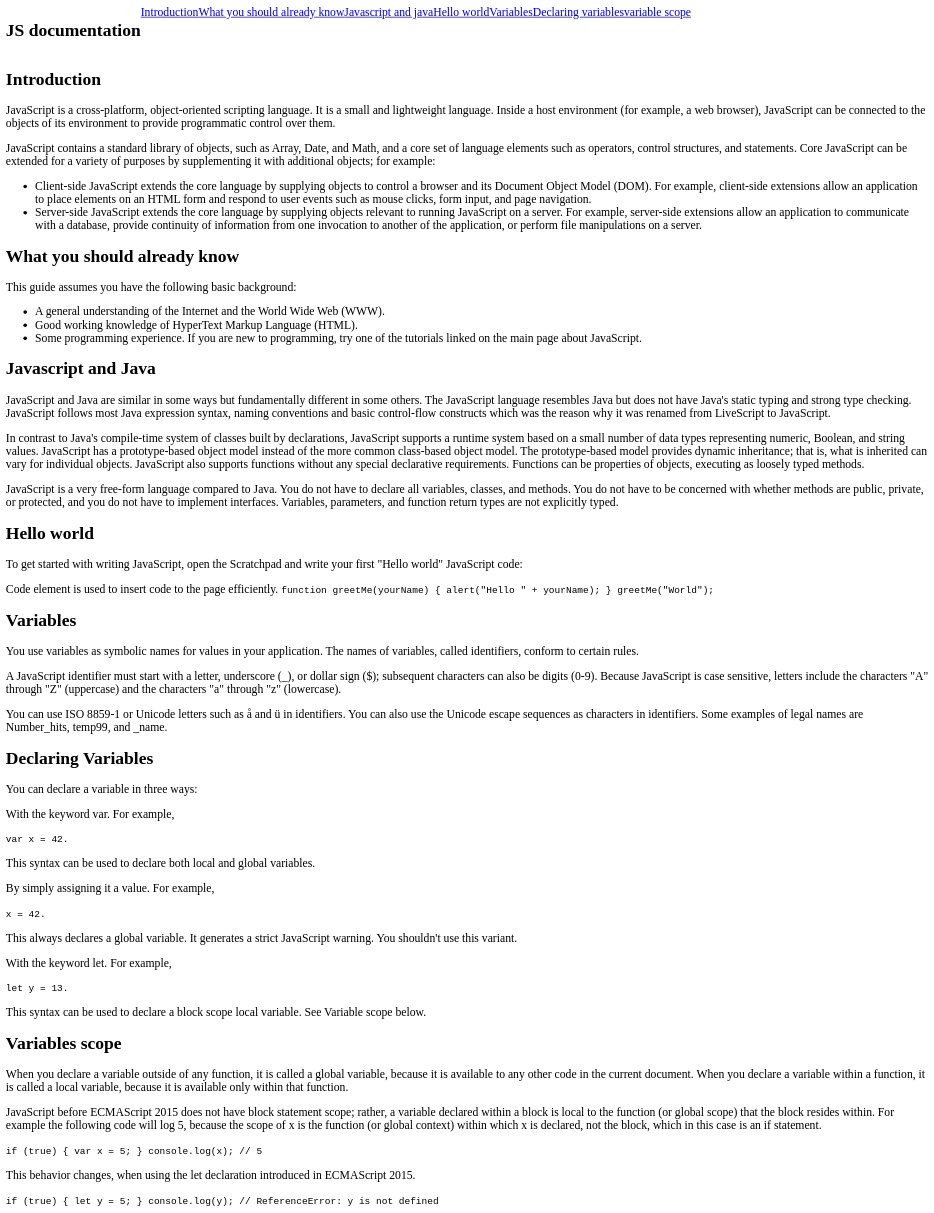
Repository: Pafestivo/Technical-documentation
Page: index.html
An editor plug-in stored every save of this project. The page is shown before and after the next save, followed by the edit.
The browser window is 1280 px wide. The pictures show the whole page, at 73% of full size.

Above is the page before, as saved 2022-09-07 12:54:50.

### index.html
<!DOCTYPE html>
<html lang="en">
<head>
    <meta charset="UTF-8">
    <meta name="viewport" content="width=device-width, initial-scale=1.0">
    <link rel="stylesheet" href="styles.css">
    <title>Technical Documentation Page</title>
</head>
<body>
  <nav id="navbar">
    <header>
      <h1>JS documentation</h1>
    </header>
      <a id="nav-link" href="#introduction">Introduction</a>
      <a id="nav-link" href="#what_you_should_already_know">What you should already know</a>
      <a id="nav-link" href="#javascript_and_Java">Javascript and java</a>
      <a id="nav-link" href="#hello_world">Hello world</a>
      <a id="nav-link" href="#variables">Variables</a>
      <a id="nav-link" href="#declaring_variables">Declaring variables</a>
      <a id="nav-link" href="#variable_scope">variable scope</a>
  </nav>
  <main id="main-doc">
    <section id="introduction" class="main-section">
      <h1>Introduction</h1>

      <p>JavaScript is a cross-platform, object-oriented scripting language. It is a small and lightweight language. Inside a host environment (for example, a web browser), JavaScript can be connected to the objects of its environment to provide programmatic control over them.</p>

      <p>JavaScript contains a standard library of objects, such as Array, Date, and Math, and a core set of language elements such as operators, control structures, and statements. Core JavaScript can be extended for a variety of purposes by supplementing it with additional objects; for example:</p>

      <ul>
        <li>Client-side JavaScript extends the core language by supplying objects to control a browser and its Document Object Model (DOM). For example, client-side extensions allow an application to place elements on an HTML form and respond to user events such as mouse clicks, form input, and page navigation.</li>
        <li>Server-side JavaScript extends the core language by supplying objects relevant to running JavaScript on a server. For example, server-side extensions allow an application to communicate with a database, provide continuity of information from one invocation to another of the application, or perform file manipulations on a server.</li>
      </ul>
    </section>

    <section id="what_you_should_already_know" class="main-section">
        <h1>What you should already know</h1>

        <p>This guide assumes you have the following basic background:</p>

        <ul>
          <li>A general understanding of the Internet and the World Wide Web (WWW).</li>
          <li>Good working knowledge of HyperText Markup Language (HTML).</li>
          <li>Some programming experience. If you are new to programming, try one of the tutorials linked on the main page about JavaScript.</li>
        </ul>
      </section>

      <section id="javascript_and_Java" class="main-section">
        <h1>Javascript and Java</h1>

        <p>JavaScript and Java are similar in some ways but fundamentally different in some others. The JavaScript language resembles Java but does not have Java's static typing and strong type checking. JavaScript follows most Java expression syntax, naming conventions and basic control-flow constructs which was the reason why it was renamed from LiveScript to JavaScript.</p>

        <p>In contrast to Java's compile-time system of classes built by declarations, JavaScript supports a runtime system based on a small number of data types representing numeric, Boolean, and string values. JavaScript has a prototype-based object model instead of the more common class-based object model. The prototype-based model provides dynamic inheritance; that is, what is inherited can vary for individual objects. JavaScript also supports functions without any special declarative requirements. Functions can be properties of objects, executing as loosely typed methods.</p>

        <p>JavaScript is a very free-form language compared to Java. You do not have to declare all variables, classes, and methods. You do not have to be concerned with whether methods are public, private, or protected, and you do not have to implement interfaces. Variables, parameters, and function return types are not explicitly typed.</p>
      </section>

      <section id="hello_world" class="main-section">
        <h1>Hello world</h1>
        <p>To get started with writing JavaScript, open the Scratchpad and write your first "Hello world" JavaScript code:</p>

        Code element is used to insert code to the page efficiently.
        <code>
            function greetMe(yourName) { alert("Hello " + yourName); }
            greetMe("World");
        </code>
      </section>

      <section id="variables" class="main-section">
        <h1>Variables</h1>

        <p>You use variables as symbolic names for values in your application. The names of variables, called identifiers, conform to certain rules.</p>

        <p>A JavaScript identifier must start with a letter, underscore (_), or dollar sign ($); subsequent characters can also be digits (0-9). Because JavaScript is case sensitive, letters include the characters "A" through "Z" (uppercase) and the characters "a" through "z" (lowercase).</p>

        <p>You can use ISO 8859-1 or Unicode letters such as å and ü in identifiers. You can also use the Unicode escape sequences as characters in identifiers. Some examples of legal names are Number_hits, temp99, and _name.</p>
      </section>

      <section id="declaring_variables" class="main-section">
        <h1>Declaring Variables</h1>

        <p>You can declare a variable in three ways:</p>

        <p>With the keyword var. For example,</p>
        <code>
            var x = 42.
        </code>

        <p>This syntax can be used to declare both local and global variables.</p>

        <p>By simply assigning it a value. For example,</p>
        <code>
            x = 42.
        </code>

        <p>This always declares a global variable. It generates a strict JavaScript warning. You shouldn't use this variant.</p>

        <p>With the keyword let. For example,</p>
        <code>
            let y = 13.
        </code>

        <p>This syntax can be used to declare a block scope local variable. See Variable scope below.</p>
      </section>

      <section id="variable_scope" class="main-section">
        <h1>Variables scope</h1>

        <p>When you declare a variable outside of any function, it is called a global variable, because it is available to any other code in the current document. When you declare a variable within a function, it is called a local variable, because it is available only within that function.</p>

        <p>JavaScript before ECMAScript 2015 does not have block statement scope; rather, a variable declared within a block is local to the function (or global scope) that the block resides within. For example the following code will log 5, because the scope of x is the function (or global context) within which x is declared, not the block, which in this case is an if statement.</p>
        <code>
            if (true) { var x = 5; } console.log(x); // 5
        </code>

        <p>This behavior changes, when using the let declaration introduced in ECMAScript 2015.</p>
        <code>
            if (true) { let y = 5; } console.log(y); // ReferenceError: y is
not defined
        </code>
  </main>

</body>
</html>

### styles.css
html {
  box-sizing: border-box;
  scroll-behavior: smooth;
}

/* Navigation bar  */
#navbar {
  display: flex;
}
/* Navigation bar end  */

After the next save:
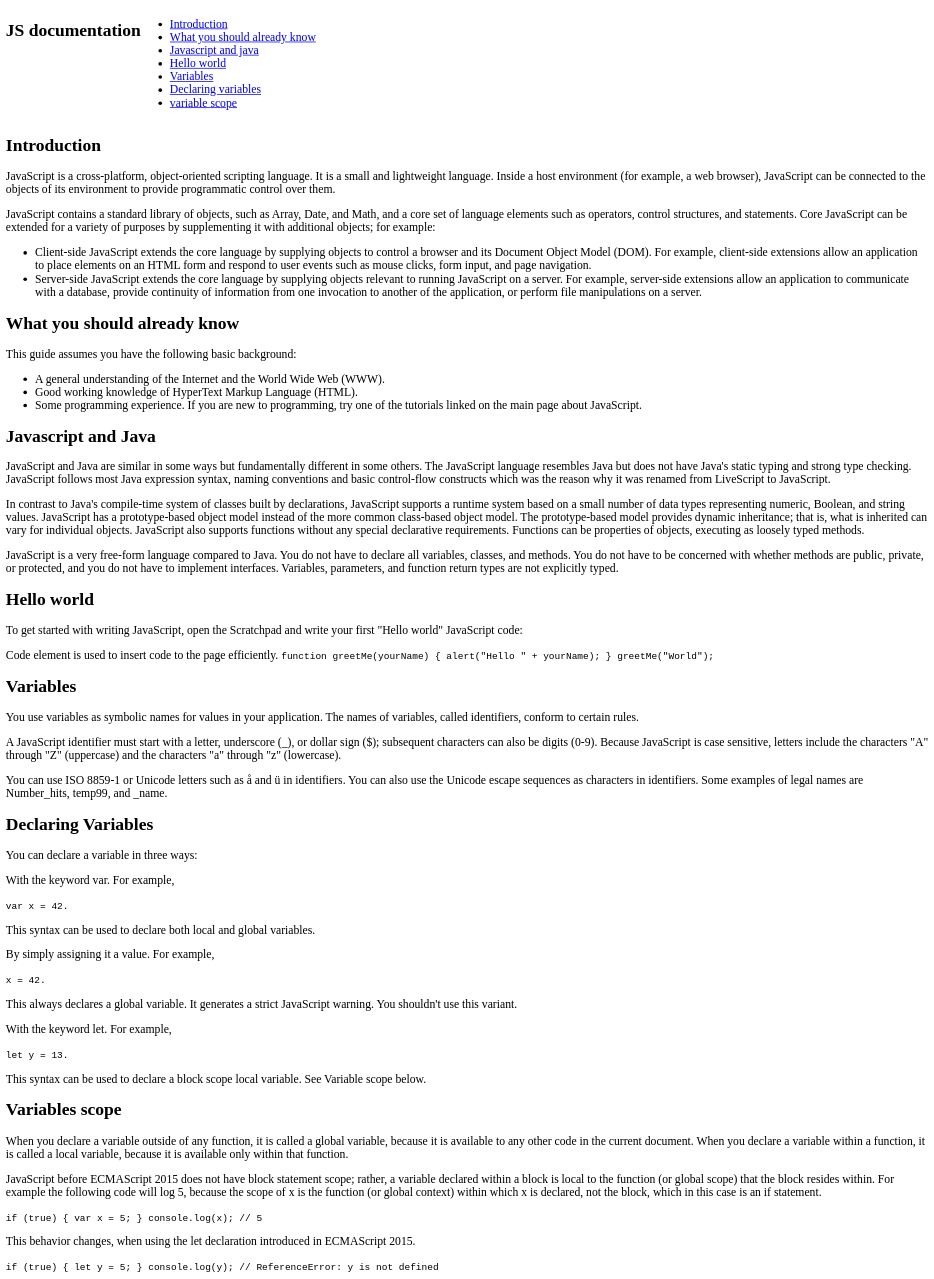
Saved 96 s later.
--- a/index.html
+++ b/index.html
@@ -11,13 +11,15 @@
     <header>
       <h1>JS documentation</h1>
     </header>
-      <a id="nav-link" href="#introduction">Introduction</a>
-      <a id="nav-link" href="#what_you_should_already_know">What you should already know</a>
-      <a id="nav-link" href="#javascript_and_Java">Javascript and java</a>
-      <a id="nav-link" href="#hello_world">Hello world</a>
-      <a id="nav-link" href="#variables">Variables</a>
-      <a id="nav-link" href="#declaring_variables">Declaring variables</a>
-      <a id="nav-link" href="#variable_scope">variable scope</a>
+    <ul>
+      <li><a id="nav-link" href="#introduction">Introduction</a></li>
+      <li><a id="nav-link" href="#what_you_should_already_know">What you should already know</a></li>
+      <li><a id="nav-link" href="#javascript_and_Java">Javascript and java</a></li>
+      <li><a id="nav-link" href="#hello_world">Hello world</a></li>
+      <li><a id="nav-link" href="#variables">Variables</a></li>
+      <li><a id="nav-link" href="#declaring_variables">Declaring variables</a></li>
+      <li><a id="nav-link" href="#variable_scope">variable scope</a></li>
+    </ul>
   </nav>
   <main id="main-doc">
     <section id="introduction" class="main-section">
